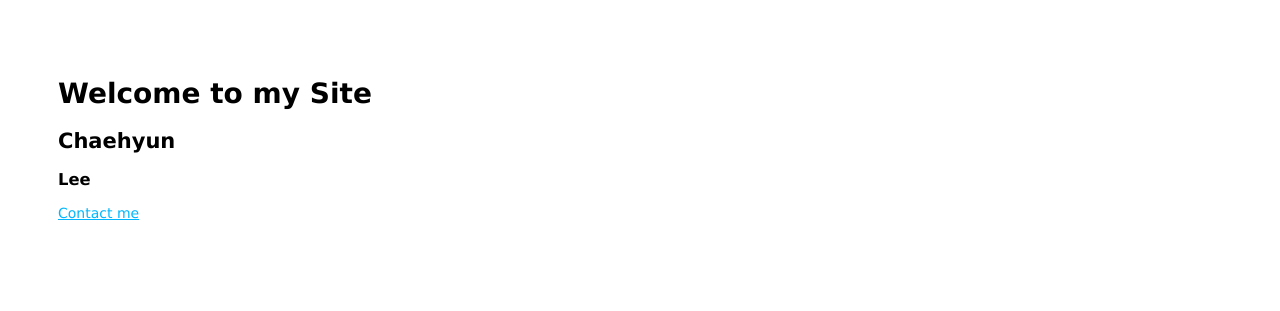
Repository: AndyLeeJP/COMP229Assignment2
Page: http://localhost/
The author's editor kept a copy of each file at every save. The page is drawn from the files as they stood at one save, then again after the next save.
The browser window is 1280 px wide. The pictures show the whole page.
The page is served by the project's Node server (server.js).

Above is the page before, as saved 2021-06-03 08:43:16.

### views/index.ejs
<!DOCTYPE html>
<html>
  <head>
    <title><%= title %></title>
    <link rel='stylesheet' href='/stylesheets/style.css' />
  </head>
  <body>
    <header>
      <%- include("components/header.ejs"); %>
    </header>

    <main>
      <%- include("content/" + page + ".ejs"); %>
    </main>

    <footer>
      <%- include("components/footer.ejs"); %>
    </footer>
  </body>
</html>

### views/components/header.ejs
<h1>Welcome to my Site</h1>

### views/content/home.ejs

<h2>Chaehyun</h2>
<h3>Lee</h3>

### views/components/footer.ejs
<a href="contactme.ejs">Contact me</a>

### server.js
/**
 * Module dependencies.
 */

var app = require('./app');
var debug = require('debug')('comp229assignment1:server');
var http = require('http');

/**
 * Get port from environment and store in Express.
 */

var port = normalizePort(process.env.PORT || '3000');
app.set('port', port);

/**
 * Create HTTP server.
 */

var server = http.createServer(app);

/**
 * Listen on provided port, on all network interfaces.
 */

server.listen(port);
server.on('error', onError);
server.on('listening', onListening);

/**
 * Normalize a port into a number, string, or false.
 */

function normalizePort(val) {
  var port = parseInt(val, 10);

  if (isNaN(port)) {
    // named pipe
    return val;
  }

  if (port >= 0) {
    // port number
    return port;
  }

  return false;
}

/**
 * Event listener for HTTP server "error" event.
 */

function onError(error) {
  if (error.syscall !== 'listen') {
    throw error;
  }

  var bind = typeof port === 'string'
    ? 'Pipe ' + port
    : 'Port ' + port;

  // handle specific listen errors with friendly messages
  switch (error.code) {
    case 'EACCES':
      console.error(bind + ' requires elevated privileges');
      process.exit(1);
      break;
    case 'EADDRINUSE':
      console.error(bind + ' is already in use');
      process.exit(1);
      break;
    default:
      throw error;
  }
}

/**
 * Event listener for HTTP server "listening" event.
 */

function onListening() {
  var addr = server.address();
  var bind = typeof addr === 'string'
    ? 'pipe ' + addr
    : 'port ' + addr.port;
  debug('Listening on ' + bind);
}

### routes/index.js
var express = require('express');
var router = express.Router();

/* GET home page. */
router.get('/', function(req, res, next) {
  res.render('index', { title: 'Express', page: 'home' });
});

router.get('/about', function(req, res, next) {
  res.render('index', { title: 'About Me', page: 'about' });
});

router.get('/contactme', function(req, res, next) {
  res.render('index', { title: 'Contact me', page: 'contactme' });
});

router.get('/project', function(req, res, next) {
  res.render('index', { title: 'Contact me', page: 'project' });
});

router.get('/service', function(req, res, next) {
  res.render('index', { title: 'Contact me', page: 'service' });
});

module.exports = router;

### app.js
var createError = require('http-errors');
var express = require('express');
var path = require('path');
var cookieParser = require('cookie-parser');
var logger = require('morgan');

var indexRouter = require('./routes/index');

var app = express();

// view engine setup
app.set('views', path.join(__dirname, 'views'));
app.set('view engine', 'ejs');

app.use(logger('dev'));
app.use(express.json());
app.use(express.urlencoded({ extended: false }));
app.use(cookieParser());
app.use(express.static(path.join(__dirname, 'public')));

app.use('/', indexRouter);

// catch 404 and forward to error handler
app.use(function(req, res, next) {
  next(createError(404));
});

// error handler
app.use(function(err, req, res, next) {
  // set locals, only providing error in development
  res.locals.message = err.message;
  res.locals.error = req.app.get('env') === 'development' ? err : {};

  // render the error page
  res.status(err.status || 500);
  res.render('error');
});

module.exports = app;

Loaded but not shown: public/stylesheets/style.css (common file)

After the next save:
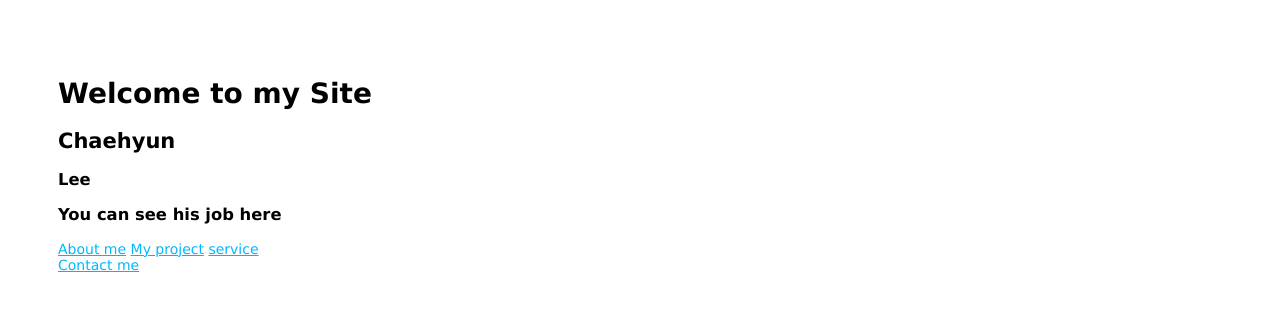
Saved 4 min 40 s later.
--- a/views/content/home.ejs
+++ b/views/content/home.ejs
@@ -1,3 +1,8 @@
 
 <h2>Chaehyun</h2>
 <h3>Lee</h3>
+
+<h3>You can see his job here</h3>
+<a href="about.ejs">About me</a>
+<a href="project.ejs">My project</a>
+<a href="service.ejs">service</a>
